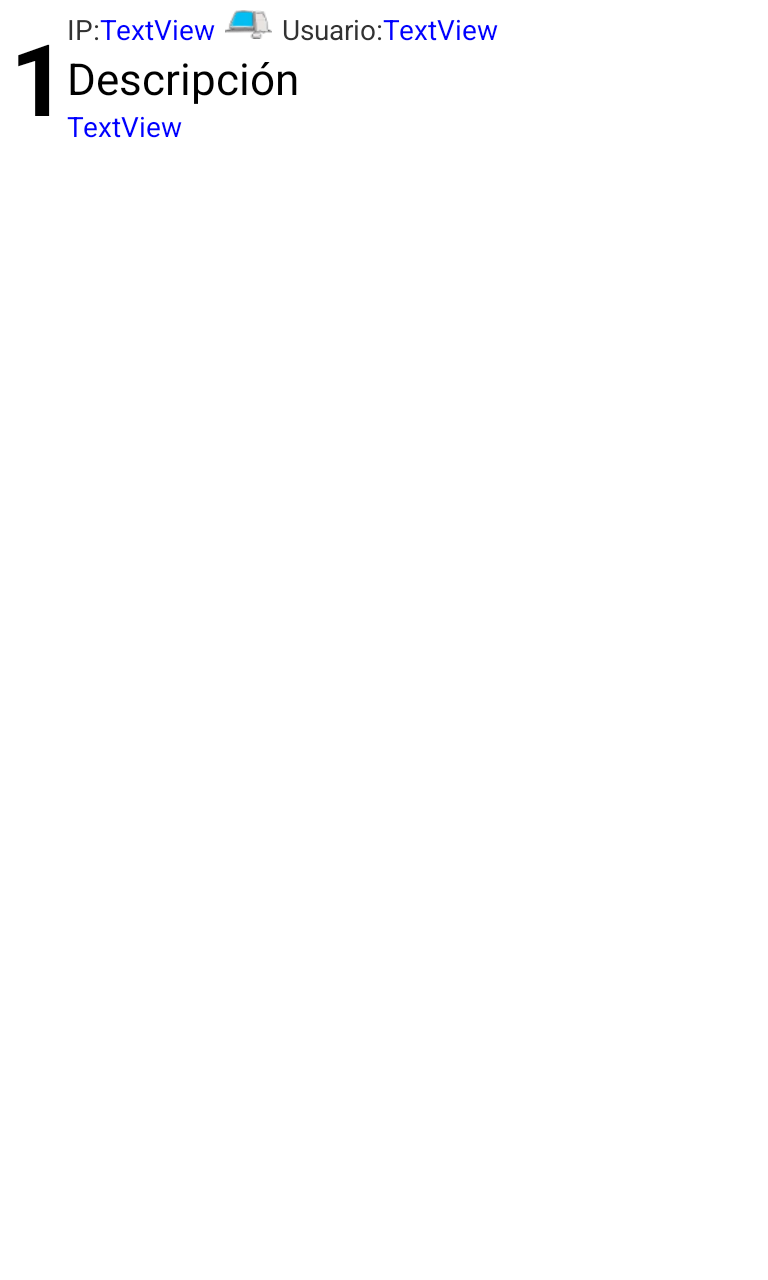
Repository: jonatansantos/Android-Server-Status
Layout: desarrollo/ModuloSSH/res/layout/list_servers.xml
These files come from the project's save history. The layout is drawn as it stood at one moment and after the next save; the edit follows.
It is drawn on a 768 x 1280 px phone screen (xhdpi) without system bars, with theme android:Theme.Light; the app's code is not run.

Above is the layout before, as saved 2012-03-22 23:57:12.

### desarrollo/ModuloSSH/res/layout/list_servers.xml
<?xml version="1.0" encoding="utf-8"?>
<LinearLayout xmlns:android="http://schemas.android.com/apk/res/android"
    android:layout_width="wrap_content"
    android:layout_height="wrap_content"
    android:orientation="horizontal"
    android:padding="5dp" >





    <TextView
        android:id="@+id/tv_id"
        android:layout_width="wrap_content"
        android:layout_height="wrap_content"
        android:text="@string/uno"
        android:textStyle="bold"
        android:textAppearance="?android:attr/textAppearanceLarge"
        android:textSize="50dp" />


    <LinearLayout
        android:id="@+id/ll_total"
        android:layout_width="wrap_content"
        android:layout_height="match_parent"
        android:orientation="vertical" >


        <LinearLayout
            android:id="@+id/ll_ip_usuario"
            android:layout_width="match_parent"
            android:layout_height="wrap_content" >



            <TextView
                android:id="@+id/tv_IP"
                android:layout_width="wrap_content"
                android:layout_height="wrap_content"
                android:text="@string/ip" />


            <TextView
                android:id="@+id/tv_IP2"
                android:layout_width="wrap_content"
                android:layout_height="wrap_content"
                android:text="TextView"
                android:textColor="#0000FF" />




            <ImageView
                android:id="@+id/iv_ordenador"
                android:layout_width="wrap_content"
                android:layout_height="wrap_content"
                android:layout_marginLeft="5dp"
                android:layout_marginRight="5dp"
                android:src="@drawable/ic_ordenador2" />



            <TextView
                android:id="@+id/tv_usuario"
                android:layout_width="wrap_content"
                android:layout_height="wrap_content"
                android:text="@string/usuario" />


            <TextView
                android:id="@+id/tv_usuario2"
                android:layout_width="wrap_content"
                android:layout_height="wrap_content"
                android:text="TextView"
                android:textColor="#0000FF" />

        </LinearLayout>


        <LinearLayout
            android:id="@+id/ll_descripcion"
            android:layout_width="match_parent"
            android:layout_height="wrap_content" >



            <TextView
                android:id="@+id/tv_descripcion"
                android:layout_width="wrap_content"
                android:layout_height="wrap_content"
                android:text="@string/descripcion"
                android:textAppearance="?android:attr/textAppearanceLarge" />

        </LinearLayout>


        <LinearLayout
            android:id="@+id/ll_descripcion2"
            android:layout_width="match_parent"
            android:layout_height="wrap_content" >


            <TextView
                android:id="@+id/tv_descripcion2"
                android:layout_width="wrap_content"
                android:layout_height="wrap_content"
                android:text="TextView"
                android:textColor="#0000FF" />

        </LinearLayout>

    </LinearLayout>

</LinearLayout>

### desarrollo/ModuloSSH/res/values/strings.xml
<?xml version="1.0" encoding="utf-8"?>
<resources>

    <string name="hello">Hello World, ModuloSSHActivity!</string>
    <string name="app_name">ModuloSSH</string>
    <string name="puerto">22</string>
    <string name="conectar">Conectar</string>
    <string name="desconectar">Desconectar</string>
    <string name="Selecciona">Selecciona una conexión</string>
    <string name="vacio"></string>
    <string name="uno">1</string>
    <string name="descripcion">Descripción</string>
    <string name="ip">IP:</string>
    <string name="usuario">Usuario:</string>

</resources>

After the next save:
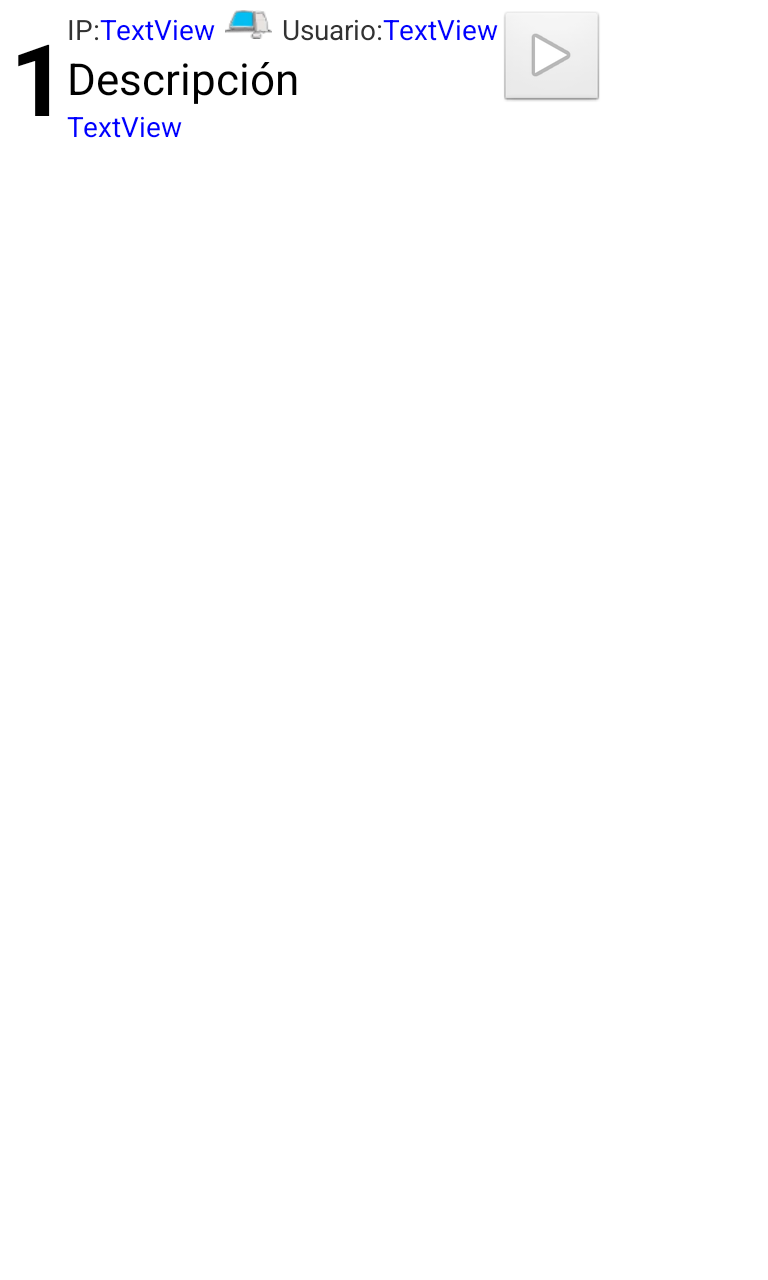
Saved 2 min 46 s later.
--- a/desarrollo/ModuloSSH/res/layout/list_servers.xml
+++ b/desarrollo/ModuloSSH/res/layout/list_servers.xml
@@ -111,4 +111,10 @@
 
     </LinearLayout>
 
+    <ImageButton
+        android:id="@+id/imageButton1"
+        android:layout_width="wrap_content"
+        android:layout_height="wrap_content"
+        android:src="@android:drawable/ic_media_play" />
+
 </LinearLayout>
